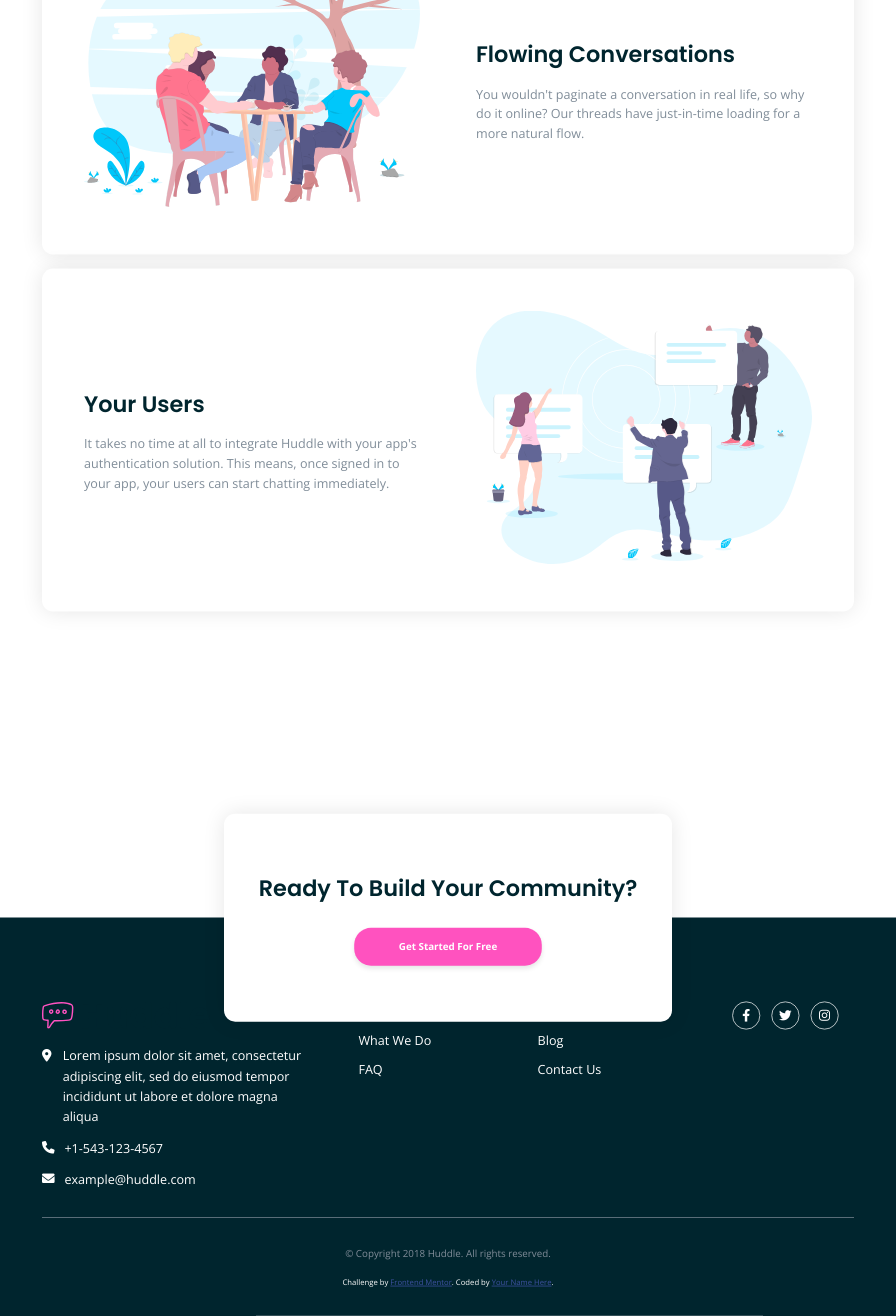
Repository: blordeus/huddle-landing-page
Page: index.html
The author's editor kept a copy of each file at every save. The page is drawn from the files as they stood at one save, then again after the next save.
The browser window is 1280 px wide. The pictures show the part of the page from y = 1454 to 3374 px (the page is 3334 px tall before and 3374 px after), at 70% of full size.

Above is the page before, as saved 2025-07-01 11:16:07.

After the next save:
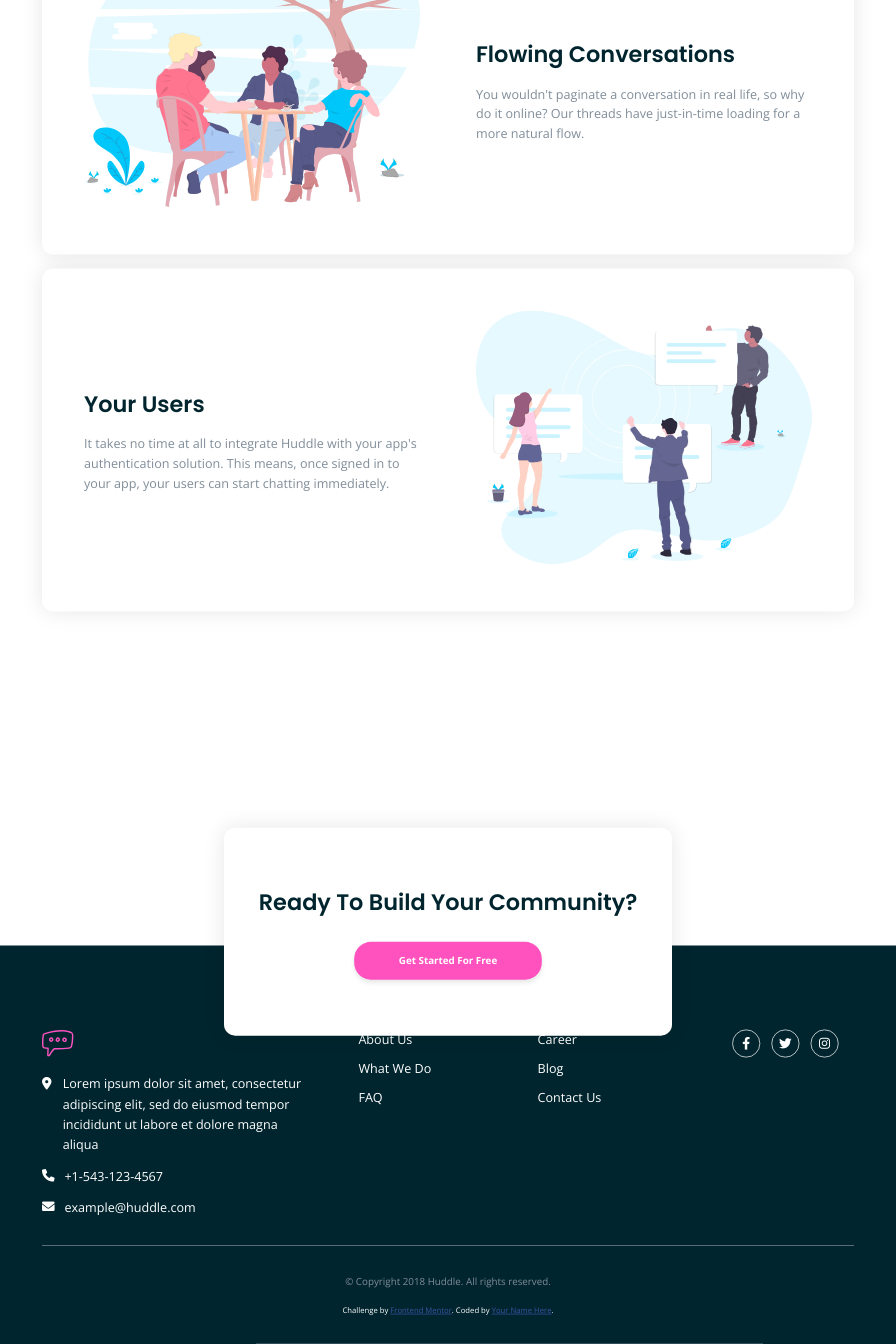
Saved 36 s later.
--- a/styles.css
+++ b/styles.css
@@ -157,7 +157,7 @@
       padding: 80px 0;
       background: white;
       width: 50%;
-      margin: 0 auto;
+      margin: 20px auto;
       box-sizing: border-box;
       border-radius: 16px;
       box-shadow: 0 0 30px rgba(0, 0, 0, 0.1);

After the save that followed:
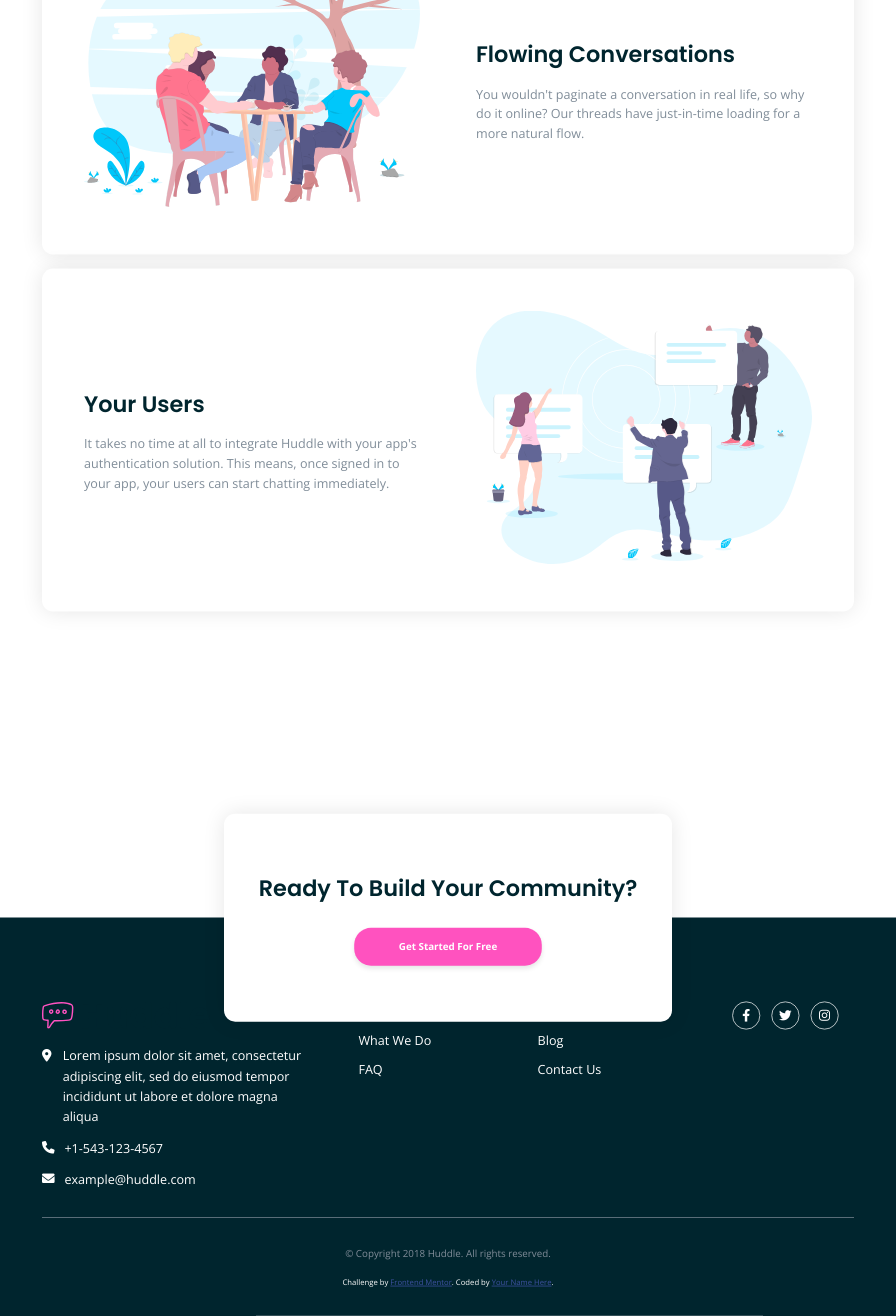
Saved 12 s later.
--- a/styles.css
+++ b/styles.css
@@ -157,7 +157,7 @@
       padding: 80px 0;
       background: white;
       width: 50%;
-      margin: 20px auto;
+      margin: 0 auto;
       box-sizing: border-box;
       border-radius: 16px;
       box-shadow: 0 0 30px rgba(0, 0, 0, 0.1);
